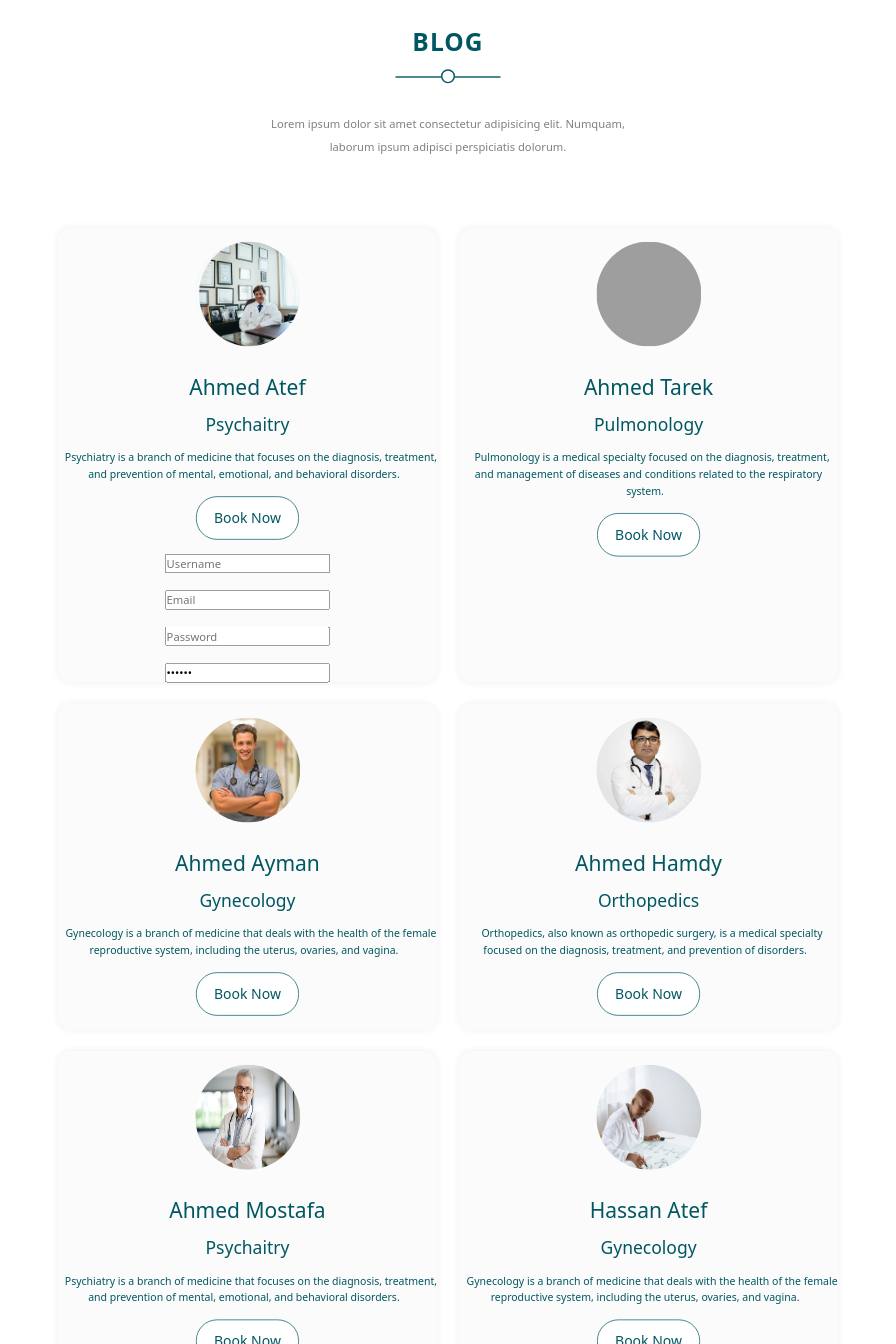
Repository: Ahmed123rezk123/Clinic
Page: index.html
These files come from the project's save history. The page is drawn as it stood at one moment and after the next save; the edit follows.
The browser window is 1280 px wide. The pictures show the part of the page from y = 2300 to 4220 px (the page is 6199 px tall), at 70% of full size.
Pictures or frames that could not be fetched are drawn as grey boxes. Some web fonts or font styles are not loaded; a fallback is used.

Above is the page before, as saved 2024-04-26 18:13:09.

### index.html
<!DOCTYPE html>
<html lang="en">
  <head>
    <meta charset="UTF-8" />
    <meta name="viewport" content="width=device-width, initial-scale=1.0" />
    <title>Clinic</title>
    <!-- Render All Elements Normally -->
    <link rel="stylesheet" href="css/normalize.css" />
    <!-- Font Awesome Library -->
    <link rel="stylesheet" href="css/all.min.css" />
    <!-- Main Temlate css file -->
    <link rel="stylesheet" href="css/style.css" />
    <!-- Google Fonts -->
    <link rel="preconnect" href="https://fonts.googleapis.com" />
    <link rel="preconnect" href="https://fonts.gstatic.com" crossorigin />
    <link
      href="https://fonts.googleapis.com/css2?family=Edu+TAS+Beginner:wght@500&family=Open+Sans:wght@400;700&display=swap"
      rel="stylesheet"
    />
    <link href="https://cdn.jsdelivr.net/npm/bootstrap@5.3.2/dist/css/bootstrap.min.css" rel="stylesheet">
  </head>
  <body>
    <!-- Start Header -->
    <header>
      <div class="container" id="top">
        <a href="#" class="logo">
          <img src="images/logo.svg" alt="Logo" />
        </a>
        <nav>
          <i class="fas fa-bars menu"></i>
          <ul>
            <li><a href="#" class="active">Home</a></li>
            <li><a href="#">Services</a></li>
            <li><a href="#">Doctors</a></li>
            <li><a href="#">Blog</a></li>
            <li><a href="#">Contact</a></li>
          </ul>
          <div class="form">
            <i class="fas fa-search"></i>
          </div>
        </nav>
      </div>
    </header>
    <!-- End Header -->
    <!-- Start Landing -->
    <section class="landing">
      <div class="overlay">
        <div class="text">
          <div class="content">
            <h2>
              Welcome To Doclab<br />
              We get will soon
            </h2>
            <p>
              The new Doclab Hydro Renewal Ampoule is the latest K-Beauty secret
              of skin renewal and revitalization invention.
            </p>
          </div>
        </div>
        <img class="img-doctor" src="images/hero-banner.png" alt="" />
      </div>
      <i class="fas fa-angle-left icon1 fa-2x"></i>
      <i class="fas fa-angle-right icon2 fa-2x"></i>
      <ul class="bullets">
        <li></li>
        <li class="active"></li>
        <li></li>
      </ul>
    </section>
    <!-- End Landing -->
    <!-- Start Services -->
    <section class="services">
      <div class="container">
        <div class="main-content">
          <h2>Services</h2>
          <p>
            The new Doclab Hydro Renewal Ampoule is the latest K-Beauty secret
            of skin renewal and revitalization.
          </p>
        </div>
        <div class="services-content">
          <div class="div-content">
            <img src="images/icon-1.png" alt="" />
            <div class="text">
              <h2>Psychaitry</h2>
              <p>
                Psychiatry is a branch of medicine that focuses on the
                diagnosis, treatment, and prevention of mental, emotional, and
                behavioral disorders.
              </p>
            </div>
          </div>
          <div class="div-content">
            <img src="images/icon-2.png" alt="" />
            <div class="text">
              <h2>Gynecology</h2>
              <p>
                Gynecology is a branch of medicine that deals with the health of
                the female reproductive system, including the uterus, ovaries,
                and vagina.
              </p>
            </div>
          </div>
          <div class="div-content">
            <img src="images/icon-3.png" alt="" />
            <div class="text">
              <h2>Pulmonology</h2>
              <p>
                Pulmonology is a medical specialty focused on the diagnosis,
                treatment, and management of diseases and conditions related to
                the respiratory system.
              </p>
            </div>
          </div>
          <div class="div-content">
            <img src="images/icon-4.png" alt="" />
            <div class="text">
              <h2>Orthopedics</h2>
              <p>
                Orthopedics, also known as orthopedic surgery, is a medical
                specialty focused on the diagnosis, treatment, and prevention of
                disorders.
              </p>
            </div>
          </div>
        </div>
      </div>
    </section>
    <!-- End Services -->
    <!-- Start Design -->
    <section class="design">
      <div class="overlay">
        <div class="image">
          <!-- <img src="images/mobile.png" alt="" /> -->
        </div>
        <div class="text">
          <div class="content">
            <h2>Doctors Are Doing As Team . . .</h2>
            <div class="div-icon">
              <div class="div-content">
                <img src="images/icon-1.png" alt="" />
                <span>Dr: Ahmed Atef</span>
              </div>
              <div class="div-content">
                <img src="images/icon-2.png" alt="" />
                <span>Dr: Ahmed Ayman</span>
              </div>
              <div class="div-content">
                <img src="images/icon-3.png" alt="" />
                <span>Dr: Ahmed Mostafa</span>
              </div>
              <div class="div-content">
                <img src="images/icon-4.png" alt="" />
                <span>Dr: Ahmed Hamdy</span>
              </div>
            </div>
          </div>
        </div>
      </div>
    </section>
    <!-- End Design -->

    <!-- Start Princing -->
    <script>
      function book(){
        document.write("<form>")
          document.write("<input type=text placeholder=Username> <br/><br/>")
          document.write("<input type=email placeholder=Email><br/><br/>")
          document.write("<input type=password placeholder=Password><br/><br/>")
          document.write("<input type=submit value=submit><br/>")
        document.write("</form>")
      }
    </script>

    <div class="princing">
      <div class="container">
        <div class="main-content">
          <h2>Blog</h2>
          <p>
            Lorem ipsum dolor sit amet consectetur adipisicing elit. Numquam,
            laborum ipsum adipisci perspiciatis dolorum.
          </p>
        </div>
        <div class="content">
        <div class="box">
          <div class="image">
            <img src="images/health-care.png" alt="">
          </div>
          <div class="text">
            <h2>Ahmed Atef</h2>
            <h4>Psychaitry</h4>
            <span>Psychiatry is a branch of medicine that focuses on the diagnosis, treatment, and prevention of mental, emotional, and behavioral disorders.</span>
          </div>
          <button onclick="book();">Book Now</button>
          <div class="formation">
            <form>
              <input type="text" placeholder="Username">
              <br>
              <br>
              <input type="email" placeholder="Email">
              <br><br>
              <input type="password" placeholder="Password">
              <br><br>
              <input type="password" value="submit">

            </form>
          </div>
        </div>
        <div class="box">
          <div class="image">
            <img src="images/images (1).jfif" alt="">
          </div>
          <div class="text">
            <h2>Ahmed Tarek</h2>
            <h4>Pulmonology</h4>
            <span>Pulmonology is a medical specialty focused on the diagnosis, treatment, and management of diseases and conditions related to the respiratory system.</span>
          </div>
          <button>Book Now</button>
        </div>
        <div class="box">
          <div class="image">
            <img src="images/images (2).jfif" alt="">
          </div>
          <div class="text">
            <h2>Ahmed Ayman</h2>
            <h4>Gynecology</h4>
            <span>Gynecology is a branch of medicine that deals with the health of the female reproductive system, including the uterus, ovaries, and vagina.</span>
          </div>
          <button>Book Now</button>
        </div>
        <div class="box">
          <div class="image">
            <img src="images/images.jfif" alt="">
          </div>
          <div class="text">
            <h2>Ahmed Hamdy</h2>
            <h4>Orthopedics</h4>
            <span>Orthopedics, also known as orthopedic surgery, is a medical specialty focused on the diagnosis, treatment, and prevention of disorders.</span>
          </div>
          <button>Book Now</button>
        </div>
        <div class="box">
          <div class="image">
            <img src="images/doc.jpg" alt="">
          </div>
          <div class="text">
            <h2>Ahmed Mostafa</h2>
            <h4>Psychaitry</h4>
            <span>Psychiatry is a branch of medicine that focuses on the diagnosis, treatment, and prevention of mental, emotional, and behavioral disorders.</span>
          </div>
          <button>Book Now</button>
        </div>
        <div class="box">
          <div class="image">
            <img src="images/laboratories.png" alt="">
          </div>
          <div class="text">
            <h2>Hassan Atef</h2>
            <h4>Gynecology</h4>
            <span>Gynecology is a branch of medicine that deals with the health of the female reproductive system, including the uterus, ovaries, and vagina.</span>
          </div>
          <button>Book Now</button>
        </div>
        </div>
        <p class="parag-content">Contact us if you have special request</p>
        <a href="#" class="lnk">Contact Us</a>
      </div>
    </div>
    <!-- End Princing -->

    <!-- Start Subscribe -->
    <div class="subscribe">
      <div class="container">
        <form action="">
          <i class="far fa-envelope"></i>
          <input type="email" name="mail" placeholder="Your Email" />
          <input type="submit" value="Subscribe" />
        </form>
        <p>
          Curabitur arcu erat, accumsan id imperdiet et, porttitor at sem.
          Mauris blan dit aliquet elit, eget tincidunt.
        </p>
      </div>
    </div>
    <!-- End Subscribe -->
    <!-- Start CONTACT US -->

    <div class="contact">
      <div class="container">
        <div class="main-content">
          <h2>contact us</h2>
          <p>
            Lorem ipsum dolor sit amet consectetur adipisicing elit. Numquam,
            laborum ipsum adipisci perspiciatis dolorum.
          </p>
        </div>
        <div class="content">
          <form action="">
            <input
              class="inp"
              type="text"
              name="name"
              placeholder="Your Name"
            />
            <input
              class="inp"
              type="email"
              name="mail"
              placeholder="Your Email"
            />
            <textarea
              class="inp"
              name="message"
              placeholder="Your Message"
            ></textarea>
            <input type="submit" value="Send Message" />
          </form>
          <div class="text">
            <h4>GET IN TOUCH</h4>
            <span class="phone">+00 123.456.789</span>
            <span class="phone">+00 123.456.789</span>

            <h4>WHERE WE ARE</h4>
            <ul>
              <li>Awesome Address 17</li>
              <li>New York, NYC</li>
              <li>123-4567-890</li>
              <li>USA</li>
            </ul>
          </div>
        </div>
      </div>
    </div>
    <!-- End CONTACT US -->

    <!-- Start Footer -->
    <div class="footer">
      <div class="container">
        <img src="images/logo.svg" alt="Logo" />
        <div class="text">
          <h2>We Are Social</h2>
          <a href="#"><i class="fab fa-facebook-f"></i></a>
          <a href="#"><i class="fab fa-twitter"></i></a>
          <a href="#"> <i class="fas fa-home"></i></a>
          <a href="#"><i class="fab fa-linkedin"></i></a>
        </div>
        <p>&copy; 2024 <span>Clinic</span> All Right Reserved</p>
      </div>
    </div>
    <!-- End Footer -->
    <a href="#top" class="up"><i class="fas fa-arrow-up"></i></a>
  </body>
</html>

Loaded but not shown: css/normalize.css (library); css/all.min.css (library); css/style.css (853 lines, source omitted)

After the next save:
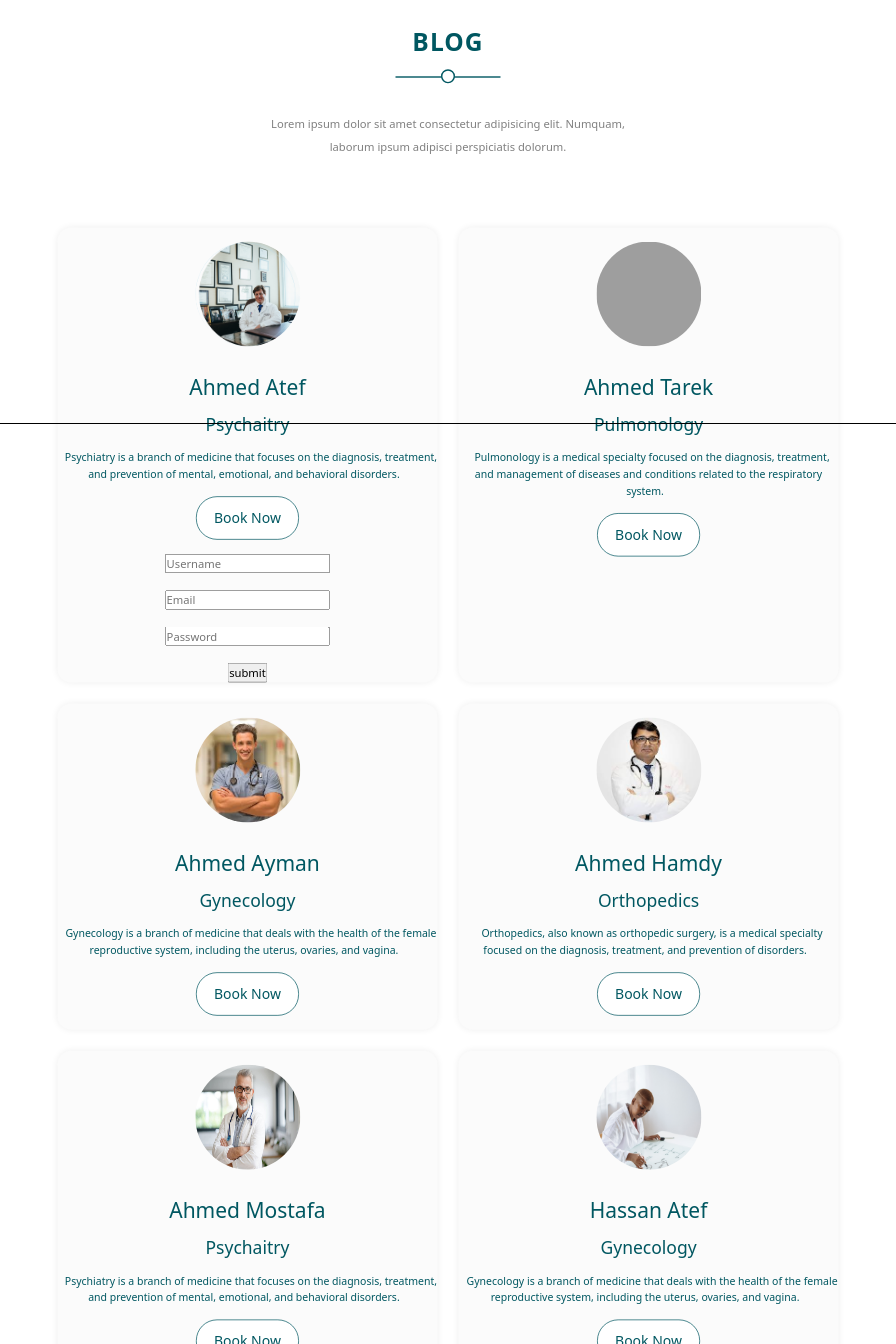
Saved 4 s later.
--- a/index.html
+++ b/index.html
@@ -201,7 +201,7 @@
               <br><br>
               <input type="password" placeholder="Password">
               <br><br>
-              <input type="password" value="submit">
+              <input type="submit" value="submit">
 
             </form>
           </div>
